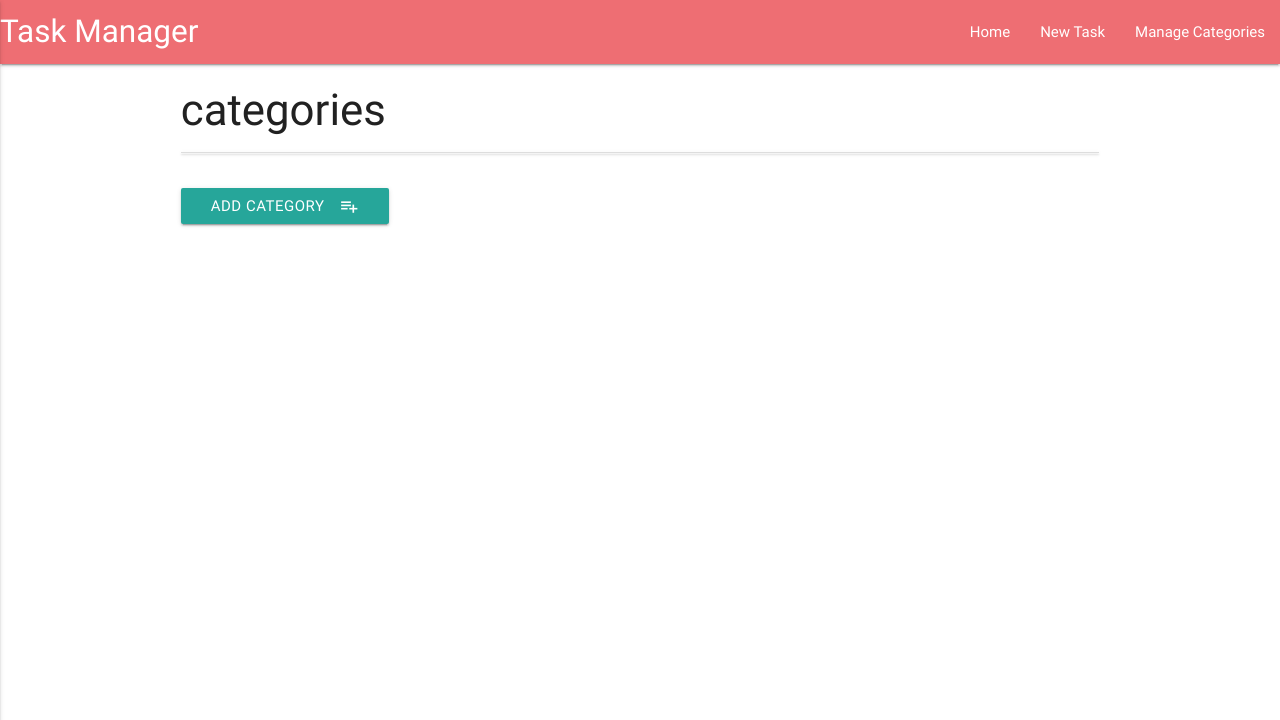
Repository: ALDrinkwater1989/task-manager
Page: http://localhost/get_categories
The author's editor kept a record of every edit. The page is drawn from the files as they stood at one moment, then again after the next edit.
The browser window is 1280 px wide. The pictures show the whole page.
Some web libraries are served in a nearby version. The page is served by the project's application, run on Flask 3 (app.py). Queries for data that is not in the repository find no rows.

Above is the page before.

### templates/categories.html
{% extends 'base.html' %} {% block content %}


<div class="row">

<h3>categories</h3>
    <ul class="collapsible" data-collapsible="accordian">

        {% for category in categories %}
        <li>
            <div class="collapsible-header">
                    <a href = "{{url_for('delete_category', category_id=category._id)}}" class="waves-effect waves-light btn btn_small green">Del</a>
                    <a href = "{{url_for('edit_category', category_id=category._id)}}" class="waves-effect waves-light btn btn_small blue">Edit</a>

                <div class="task-header">
                    <strong> {{category.category_name}}</strong>
                </div>
        </li>
        {% endfor %}
    </ul>
</div>
<div class="row">
    <a href="{{url_for('insert_category')}}" class="waves-effect waves-light btn">
        <i class="material-icons right">playlist_add</i>Add Category
    </a>
</div>

{% endblock %}

### templates/base.html
<!DOCTYPE html>
<html lang="en">

<head>
    <link href="https://fonts.googleapis.com/icon?family=Material+Icons" rel="stylesheet">
    <link rel="stylesheet" href="https://cdnjs.cloudflare.com/ajax/libs/materialize/0.100.2/css/materialize.min.css">
    <link rel="stylesheet" href="{{url_for('static', filename = 'css/style.css')}}" type="text/css" />
</head>

<body>
    <header>
        <nav>
                <div class="nav-wrapper">
                <a href="{{url_for('get_tasks')}}" class="brand-logo">Task Manager</a>
                <a href="#" data-activates="mobile-demo" class="button-collapse"><i class="material-icons">menu</i></a>
                <ul id="nav-mobile" class="right hide-on-med-and-down">
                    <li><a href="{{url_for('get_tasks')}}">Home</a></li>
                    <li><a href="{{url_for('add_task')}}">New Task</a></li>
                    <li><a href="{{url_for('get_categories')}}">Manage Categories</a></li>
                </ul>
                  <ul class="side-nav" id="mobile-demo">
                    <li><a href="{{url_for('get_tasks')}}">Home</a></li>
                    <li><a href="{{url_for('add_task')}}">New Task</a></li>
                    <li><a href="{{url_for('get_categories')}}">Manage Categories</a></li>
                </ul>
            </div>
        </nav>
    </header>
    <div class="container">


        {%block content%} {% endblock %}
    </div>
    <script src="https://cdnjs.cloudflare.com/ajax/libs/jquery/3.2.1/jquery.min.js"></script>
    <script src="https://cdnjs.cloudflare.com/ajax/libs/materialize/0.100.2/js/materialize.min.js"></script>
    <script type="text/javascript">
        $(document).ready(function() {
            $('.collapsible').collapsible();
            $('select').material_select();
            $(".button-collapse").sideNav();
        });
        $('.datepicker').pickadate({
            selectMonths: true, // Creates a dropdown to control month
            selectYears: 15, // Creates a dropdown of 15 years to control year,
            today: 'Today',
            clear: 'Clear',
            close: 'Ok',
            closeOnSelect: false // Close upon selecting a date,
        });
    </script>

</body>

</html>

### app.py
import os
from flask import Flask, render_template, redirect, request, url_for
from flask_pymongo import PyMongo
from bson.objectid import ObjectId


app = Flask(__name__)

app.config["MONGO_DBNAME"] = 'task_manager'
app.config['MONGO_URI'] = 'mongodb+srv://root:rootUser@myfirstcluster-lrum9.mongodb.net/task_manager?retryWrites=true&w=majority'

mongo = PyMongo(app)

@app.route('/')
@app.route('/get_tasks')
def get_tasks():
    return render_template("tasks.html", tasks=mongo.db.tasks.find())

@app.route('/add_task')
def add_task():
    return render_template('addtask.html', categories=mongo.db.categories.find())



@app.route('/insert_task', methods =['POST'])
def insert_task():
    tasks = mongo.db.tasks
    tasks.insert_one(request.form.to_dict())
    return redirect(url_for('get_tasks'))

@app.route('/edit_task/<task_id>')
def edit_task(task_id):
    _task = mongo.db.tasks.find_one({"_id":ObjectId(task_id)})
    _categories = mongo.db.categories.find()
    category_list = [category for category in _categories]
    return render_template('edittask.html', task = _task, categories=category_list)

@app.route('/update_task/<task_id>', methods=["POST"])
def update_task(task_id):
    tasks = mongo.db.tasks
    tasks.update( {'_id': ObjectId(task_id)},
    {
        'task_name':request.form.get('task_name'),
        'category_name':request.form.get('category_name'),
        'task_description': request.form.get('task_description'),
        'due_date': request.form.get('due_date'),
        'is_urgent':request.form.get('is_urgent')
    })
    return redirect(url_for('get_tasks'))

@app.route('/delete_task/<task_id>')
def delete_task(task_id):
    mongo.db.tasks.remove({'_id': ObjectId(task_id)})
    return redirect(url_for('get_tasks'))

@app.route('/get_categories')
def get_categories():
    return render_template('categories.html', categories=mongo.db.categories.find())

@app.route('/edit_category/<category_id>')
def edit_category(category_id):
    return render_template('editcategory.html',
    category=mongo.db.categories.find_one({'_id': ObjectId()}))

@app.route('/update_category/>category_id>', methods = ['POST'])
def update_category(category_id):
    mongo.db.categories.update({'_id': ObjectId(category_id)},
    {'category_name': request.form.grt['category_name']})
    return redirect(url_for('get.categories'))


@app.route('/delete_category/<category_id>')
def delete_category(category_id):
    mongo.db.categories.remove({'_id': ObjectId(category_id)})
    return redirect(url_for('get_categories'))

@app.route('/insert_category', methods = ['POST'])
def insert_category():
    categories = monogo.db.categories
    category_doc = {'categorry_name': request.form.get['category_name']}
    categories.insert_one(category_doc)
    return redirect(url_for('get_categories'))


if __name__ =='__main__':
    app.run(host=os.environ.get('IP'),
        port=int(os.environ.get('PORT')),
        debug= True)

### static/css/style.css
.btn_small{
    height: 24px;
    width: 60px;
    line-height: 24px;
    margin: 5px 5px;
    padding: 0 0.5em;
}

.task-header{
    margin-top: 500px;

}

After the next edit:
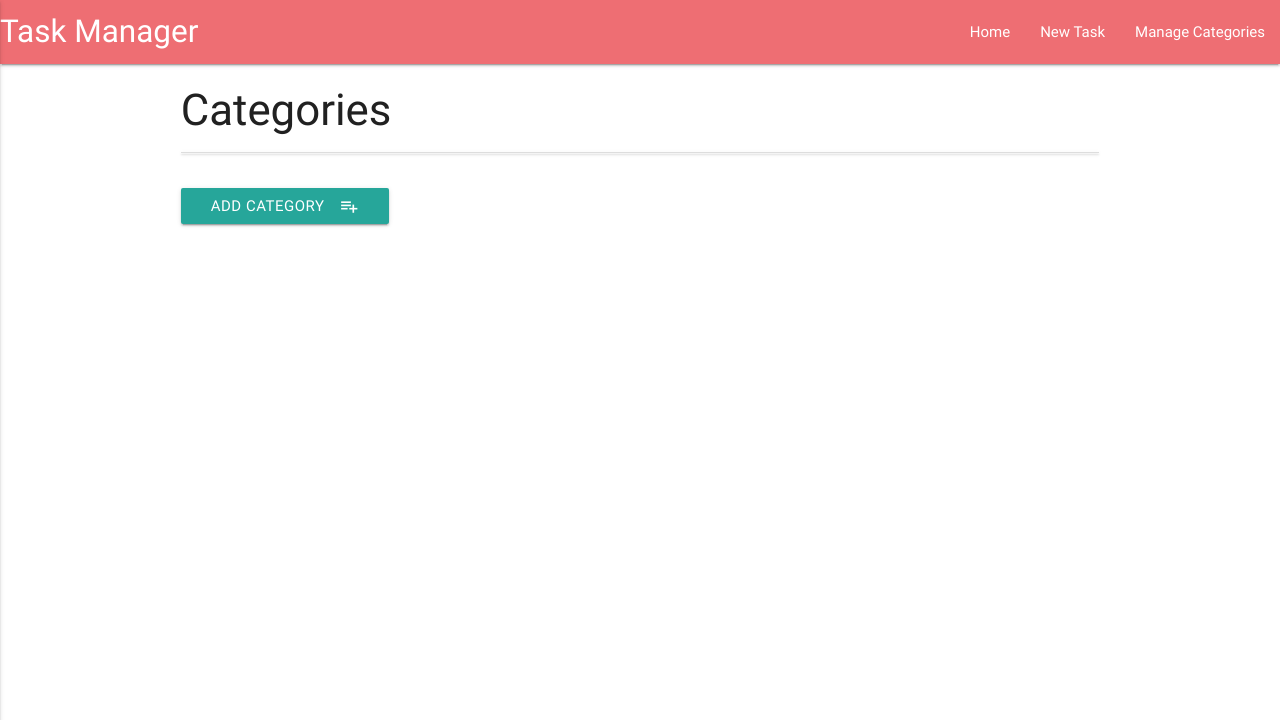
The edit:
--- a/templates/categories.html
+++ b/templates/categories.html
@@ -3,18 +3,19 @@
 
 <div class="row">
 
-<h3>categories</h3>
+    <h3>Categories</h3>
     <ul class="collapsible" data-collapsible="accordian">
 
         {% for category in categories %}
         <li>
             <div class="collapsible-header">
-                    <a href = "{{url_for('delete_category', category_id=category._id)}}" class="waves-effect waves-light btn btn_small green">Del</a>
-                    <a href = "{{url_for('edit_category', category_id=category._id)}}" class="waves-effect waves-light btn btn_small blue">Edit</a>
+                <a href="{{url_for('delete_category', category_id=category._id)}}" class="waves-effect waves-light btn btn_small green">Del</a>
+                <a href="{{url_for('edit_category', category_id=category._id)}}" class="waves-effect waves-light btn btn_small blue">Edit</a>
 
                 <div class="task-header">
                     <strong> {{category.category_name}}</strong>
                 </div>
+            </div>
         </li>
         {% endfor %}
     </ul>
